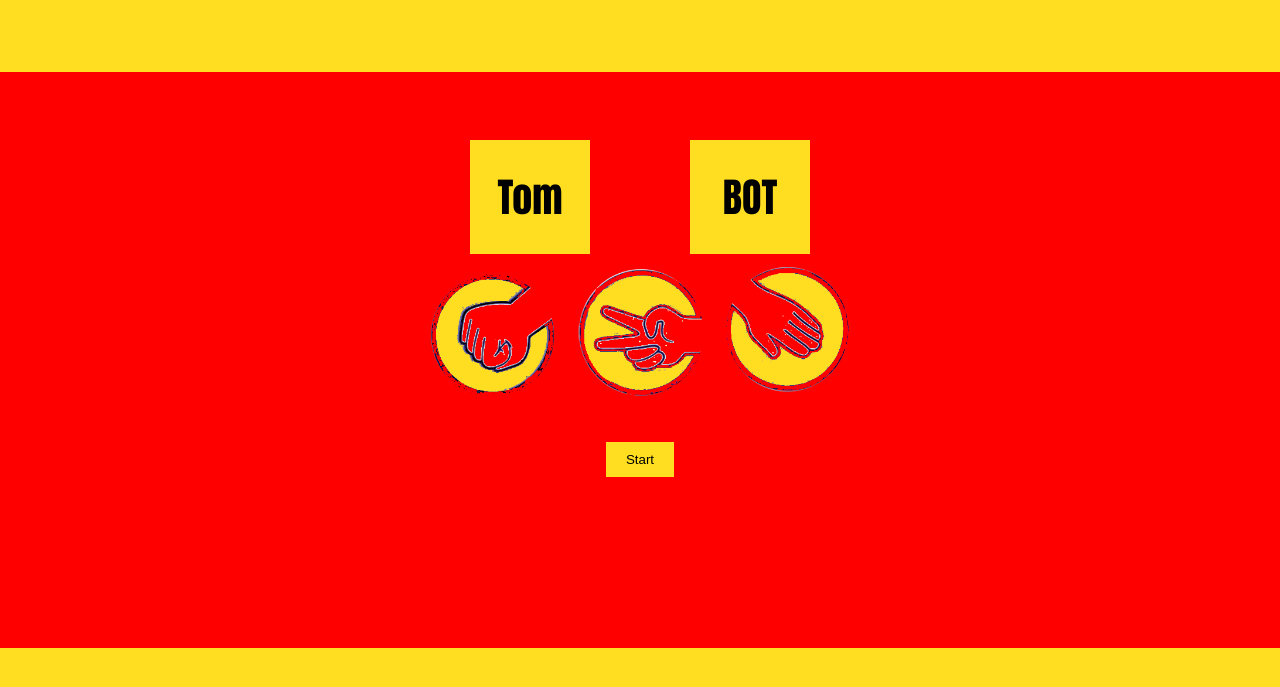
Repository: K009/Rock-Paper-Scissors
Page: /
These files come from the project's save history. The page is drawn as it stood at one moment and after the next save; the edit follows.
The browser window is 1280 px wide. The pictures show the whole page.
The project was rebuilt for these pictures with package versions that can differ from the ones it lists, and the page was loaded fresh each time.

Above is the page before, as saved 2020-05-13 11:07:57.

After the next save:
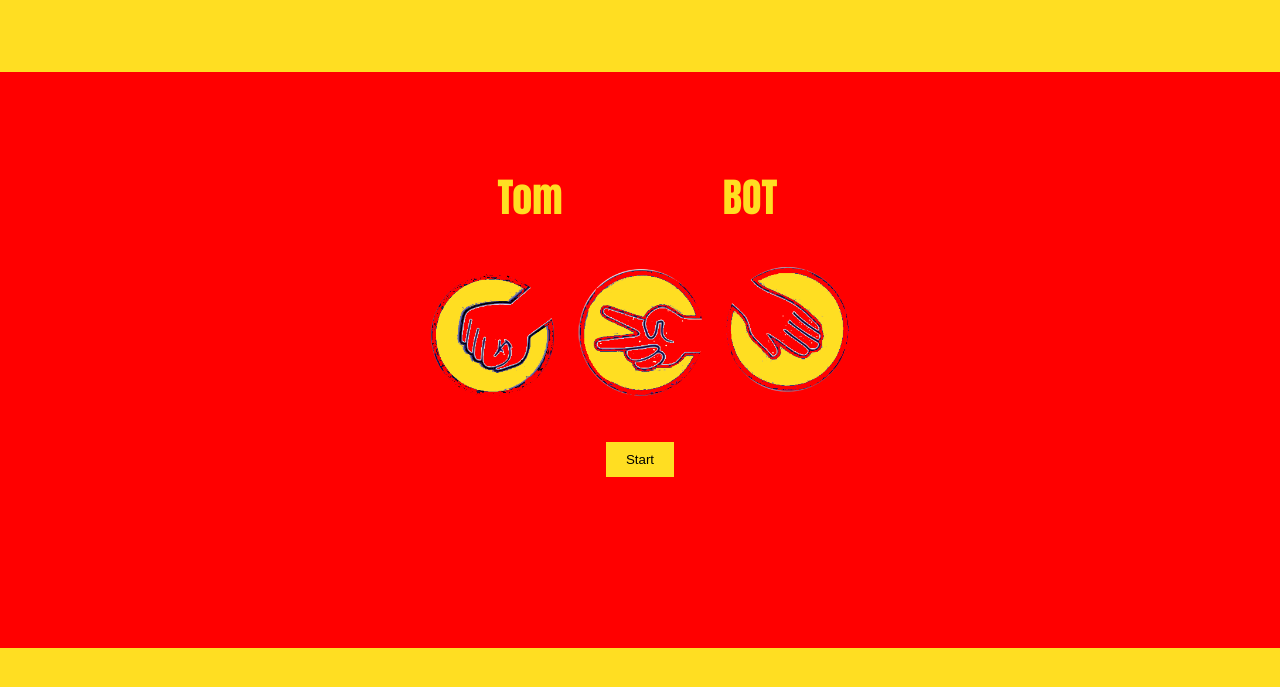
Saved 37 s later.
--- a/src/components/player.module.css
+++ b/src/components/player.module.css
@@ -1,5 +1,6 @@
 .player {
-  background-color: #ffde22;
+  background-color: #red;
+  color: #ffde22;
   font-size: 20px;
   text-align: center;
   font-family: Impact, Haettenschweiler, "Arial Narrow Bold", sans-serif;
